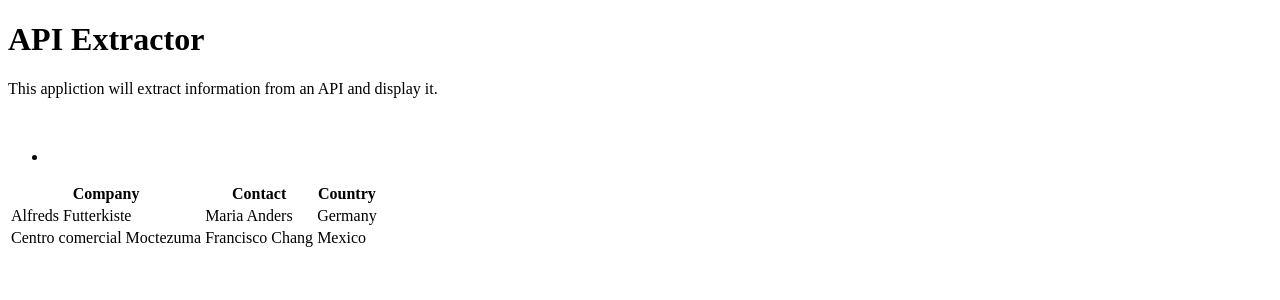
Repository: vxyux/api-extraction
Page: index.html
The author's editor kept a copy of each file at every save. The page is drawn from the files as they stood at one save, then again after a run of saves.
The browser window is 1280 px wide. The pictures show the whole page.
The page's requests for data from a server got no answer.

Above is the page before, as saved 2023-09-05 10:28:12.

After the next 2 saves:
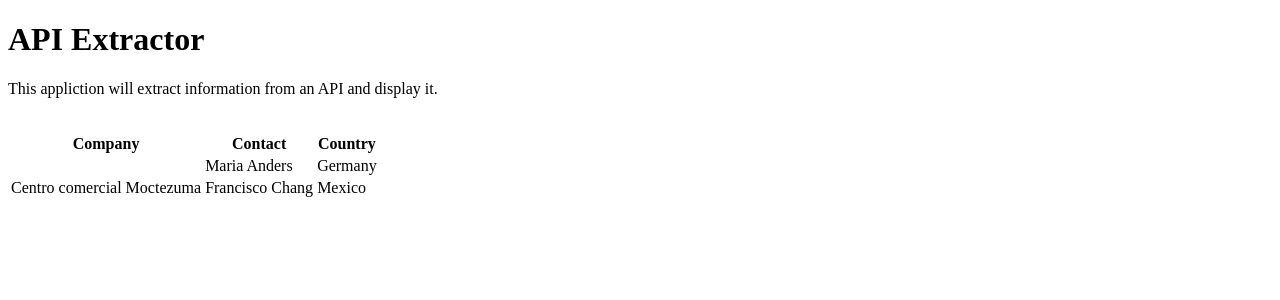
The 2 saves are shown as one change because they came seconds apart.
The last was saved 12 s later.
--- a/index.html
+++ b/index.html
@@ -13,10 +13,6 @@
 
   <img src="" id="loading" alt="">
 
-  <ul>
-    <li><div id="rate"></div></li>
-  </ul>
-
   <table>
   <tr>
     <th>Company</th>
@@ -24,7 +20,7 @@
     <th>Country</th>
   </tr>
   <tr>
-    <td>Alfreds Futterkiste</td>
+    <td><div id="rate"></div></td>
     <td>Maria Anders</td>
     <td>Germany</td>
   </tr>
